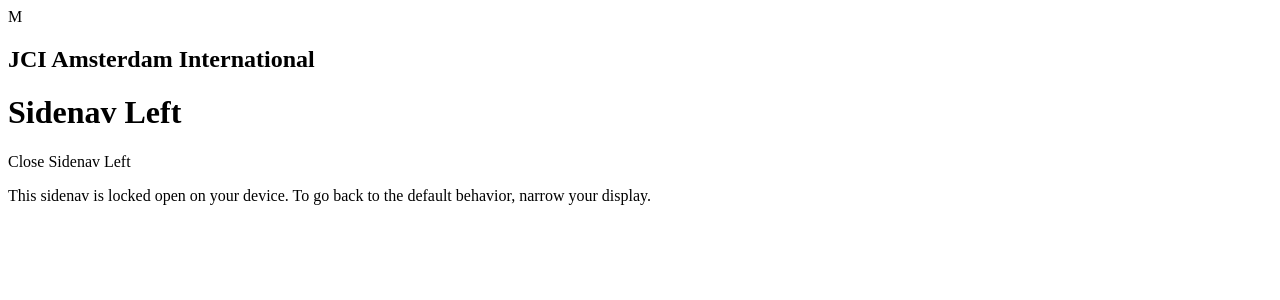
Repository: 0rangeSeaW0lf/jciai
Page: src/components/navbar/navbar.html
The author's editor kept a record of every edit. The page is drawn from the files as they stood at one moment, then again after the next edit.
The browser window is 1280 px wide. The pictures show the whole page.

Above is the page before.

After the next edit:
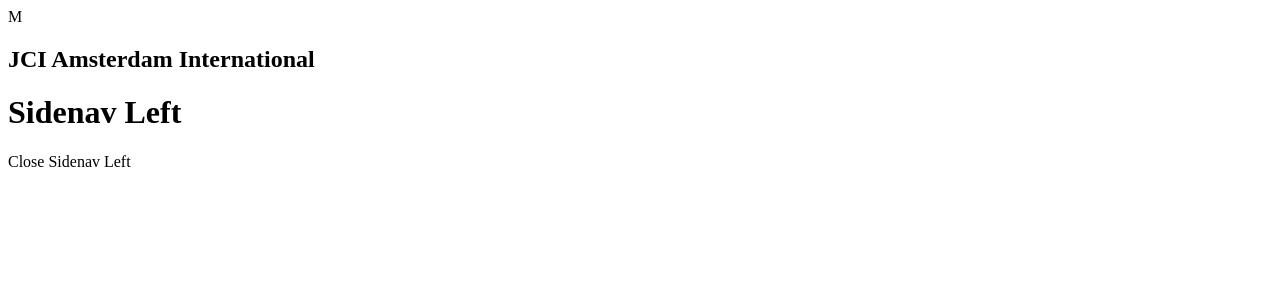
The edit:
--- a/src/components/navbar/navbar.html
+++ b/src/components/navbar/navbar.html
@@ -14,9 +14,5 @@
         <md-button ng-click="close()" class="md-primary" hide-gt-md>
         Close Sidenav Left
         </md-button>
-        <p hide-md show-gt-md>
-        This sidenav is locked open on your device. To go back to the default behavior,
-        narrow your display.
-        </p>
     </md-content>
 </md-sidenav>
